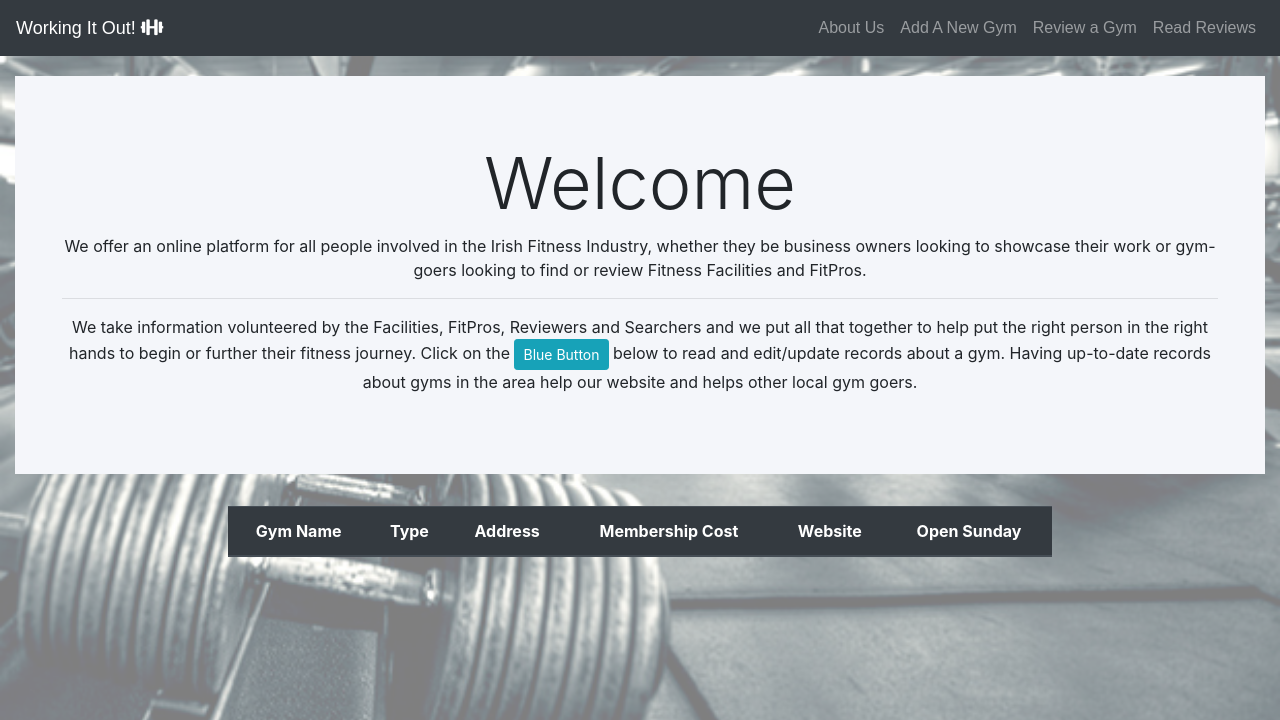
Repository: cgaynor91/Working_It_Out
Page: http://localhost/
The author's editor kept a record of every edit. The page is drawn from the files as they stood at one moment, then again after the next edit.
The browser window is 1280 px wide. The pictures show the whole page.
Some web libraries are served in a nearby version. The page is served by the project's application, run on Flask 3 (app.py). Queries for data that is not in the repository find no rows.

Above is the page before.

### templates/home.html
{% extends 'base.html'%} {% block content %}

<div class="container-fluid">
 <div class="row-welcome justify-content-center">
  <div class="col-12 jumbo-text">
   <div class="jumbotron">
    <h1 class="display-3">Welcome</h1>
    <p></b>We offer an online platform for all people involved in the Irish Fitness Industry, whether they be business owners looking to showcase their work or gym-goers looking to find or review Fitness Facilities and FitPros.</p>
    <hr>
    <p>We take information volunteered by the Facilities, FitPros, Reviewers and Searchers and we put all that together to help put the right person in the right hands to begin or further their fitness journey. Click on the <button type="button" class="btn btn-info btn-sm">Blue Button</button>     below to read and edit/update records about a gym. Having up-to-date records about gyms in the area help our website and helps other local gym goers.</p>
   </div>
  </div>
 </div>



 <!-- Table of gym Data -->

 <div class="row justify-content-center">
  <div class="col-12 col-md-8 table-responsive table-data">
   <table class="table table-hover">
    <thead class="thead-dark">
     <tr>
      <th scope="col">Gym Name</th>
      <th scope="col">Type</th>
      <th scope="col">Address</th>
      <th scope="col">Membership Cost</th>
      <th scope="col">Website</th>
      <th scope="col">Open Sunday</th>
     </tr>
    </thead>
    <tbody>

     {% for gym in gyms %}
     <tr>
      <td><a class="btn btn-info btn-sm" href="{{url_for('edit_gym', gym_id=gym._id)}}" role="button">{{gym.gym_name}}</a></td>
      <td>{{gym.gym_type}}</td>
      <td>{{gym.gym_address}}</td>
      <td>{{gym.cost}}</td>
      <td>{{gym.gym_url}}</td>
      <td>{{gym.open_sunday}}</td>
     </tr>
     {% endfor %}
    </tbody>
   </table>
</div>
</div>

  {% endblock %}

### templates/base.html
<!DOCTYPE html>
<html>

<head>
    <link rel="stylesheet" href="https://stackpath.bootstrapcdn.com/bootstrap/4.4.1/css/bootstrap.min.css">
    <link rel="stylesheet" href="https://cdnjs.cloudflare.com/ajax/libs/font-awesome/5.12.0/css/all.min.css" />
    <link rel="stylesheet" href="{{ url_for('static', filename='css/style.css') }}" type="text/css" />
    <title>Working It Out!</title>
</head>

<body>
    <header>
        <!-- Navbar taken from Bootstrap -->
        <nav class="navbar navbar-expand-md navbar-dark bg-dark home-logo-text">
            <a class="navbar-brand" href="{{url_for('get_gyms')}}">Working It Out! <i
                    class="fas fa-dumbbell"></i></a>
            <button class="navbar-toggler" type="button" data-toggle="collapse" data-target="#navbarNavAltMarkup" aria-controls="navbarNavAltMarkup" aria-expanded="false" aria-label="Toggle navigation">
                <span class="navbar-toggler-icon"></span>
            </button>
            <div class="collapse navbar-collapse" id="navbarNavAltMarkup">
                <div class="navbar-nav ml-auto">
                    <a class="nav-item nav-link" href="{{url_for('about')}}">About Us</a>
                    <a class="nav-item nav-link" href="{{url_for('add_new_gym')}}">Add A New Gym</a>
                    <a class="nav-item nav-link" href="{{url_for('gym_review')}}">Review a Gym</a>
                    <a class="nav-item nav-link" href="{{url_for('read_review')}}">Read Reviews</a>


                </div>
            </div>

        </nav>
    </header>

    <!-- Background image -->
    <div class="container-fluid bg"></div>


                {% block content %} {% endblock %}



    <script src="https://code.jquery.com/jquery-3.4.1.slim.min.js"></script>
    <script src="https://cdn.jsdelivr.net/npm/popper.js@1.16.0/dist/umd/popper.min.js"></script>
    <script src="https://stackpath.bootstrapcdn.com/bootstrap/4.4.1/js/bootstrap.min.js"></script>
</body>

</html>

### app.py
import os
from flask import Flask, render_template, redirect, request, url_for
from flask_pymongo import PyMongo
from bson.objectid import ObjectId

app = Flask(__name__)
app.config["MONGO_DBNAME"] = 'working_it_out'
app.config["MONGO_URI"] = os.getenv('MONGO_URI')

mongo = PyMongo(app)


@app.route('/')
@app.route('/get_gyms')
def get_gyms():
    return render_template("home.html", gyms=mongo.db.gyms.find())

@app.route("/about")
def about():
    return render_template("about.html")


@app.route("/add_new_gym")
def add_new_gym():
    return render_template("add_gym.html")

# Sends the data that the user inserts to the database

@app.route("/insert_gym", methods=['POST'])
def insert_gym():
    gym = mongo.db.gyms
    gym.insert_one(request.form.to_dict())
    return redirect(url_for('get_gyms'))


# Allows user to update information about a gym

@app.route("/edit_gym/<gym_id>")
def edit_gym(gym_id):
    the_gym = mongo.db.gyms.find_one({"_id": ObjectId(gym_id)})
    return render_template("update_gym.html", gym=the_gym)

@app.route("/update_gym/<gym_id>", methods=["POST"])
def update_gym(gym_id):
    gym = mongo.db.gyms
    gym.update({'_id': ObjectId(gym_id)}, {
        'gym_name' : request.form.get('gym_name'),
        'status' : request.form.get('gym_type'),
        'address' : request.form.get('gym_address'),
        'cost' : request.form.get('cost'),
        'gym_url' : request.form.get('gym_url')
    })
    return redirect(url_for('get_gyms'))

# Delete option for a user if they wish to delete a review they wrote or delete a review written by someone else that may be incorrect

@app.route("/delete_gym/<gym_id>")
def delete_gym(gym_id):
    mongo.db.gyms.remove({'_id': ObjectId(gym_id)})
    return redirect(url_for('get_gyms'))

@app.route("/leave_review")
def gym_review():
    return render_template("gym_review.html", gyms=mongo.db.gyms.find())

# Sends the data that the user inserts to the database

@app.route("/gym_review", methods=['POST'])
def insert_review():
    review = mongo.db.reviews
    review.insert_one(request.form.to_dict())
    return redirect(url_for('gym_review'))


@app.route("/read_review")
def read_review():
    return render_template("read_reviews.html", reviews=mongo.db.reviews.find())

if __name__ == '__main__':
    app.run(host=os.environ.get('IP'),
            port=int(os.environ.get('PORT')),
            debug=True)

### static/css/style.css
/* --All container-fluids to have center align-- */

.container-fluid {
    text-align: center;
}

/* --Review container-fluid to have left align-- */

.container-fluid_reviews {
    text-align: left;
}

.bg {
    background-image: url(../images/bg-image.png);
    background-size: cover;
    height: 100%;
    overflow: hidden;
    position: fixed;
    width: 100%;
    opacity: 0.5;
    z-index: -1;
}

.home-logo-text {
    font-family: 'Mansalva', cursive, sans-serif;
}

.navbar-brand {
    font-size: 18px;
}

.welcome-text {
    z-index: 1;
    position: relative;
    margin-top: 50px;
    font-family: 'Amatic SC', cursive, sans-serif;
}

.welcome-text p {
    font-size: 25px;
}

.button-text {
    font-family: Arial, Helvetica, sans-serif;
}

.row-form {
    margin-top: 25px;
}

.delete-record-advice {
    margin-top: 25px;
}

.form_font {
    font-family: Arial, Helvetica, sans-serif;
    font-size: 15px;
}

.jumbotron {
    background-color:rgba(236, 240, 241,0.1);
}

@media only screen and (max-width: 550px) {
    .table {
        font-size: 9px;
        font-weight: bold;
    }
    .btn-sm {
        font-size: 9px;

    }
    .table-data {
        padding-right: 1px;
        padding-left: 1px;
    }
}

/* --Easier read-ability, rows given white background-- */

.row-review {
    margin-top: 25px;
    background-color: rgba(245, 246, 250,1.0);
}

.row-welcome {
    margin-top: 20px;
    background-color: rgba(245, 246, 250,1.0);
}

.table {
    background-color: rgba(245, 246, 250,1.0);
}

.template-col {
    padding-right: 2px;
    padding-left: 2px;
}

After the next edit:
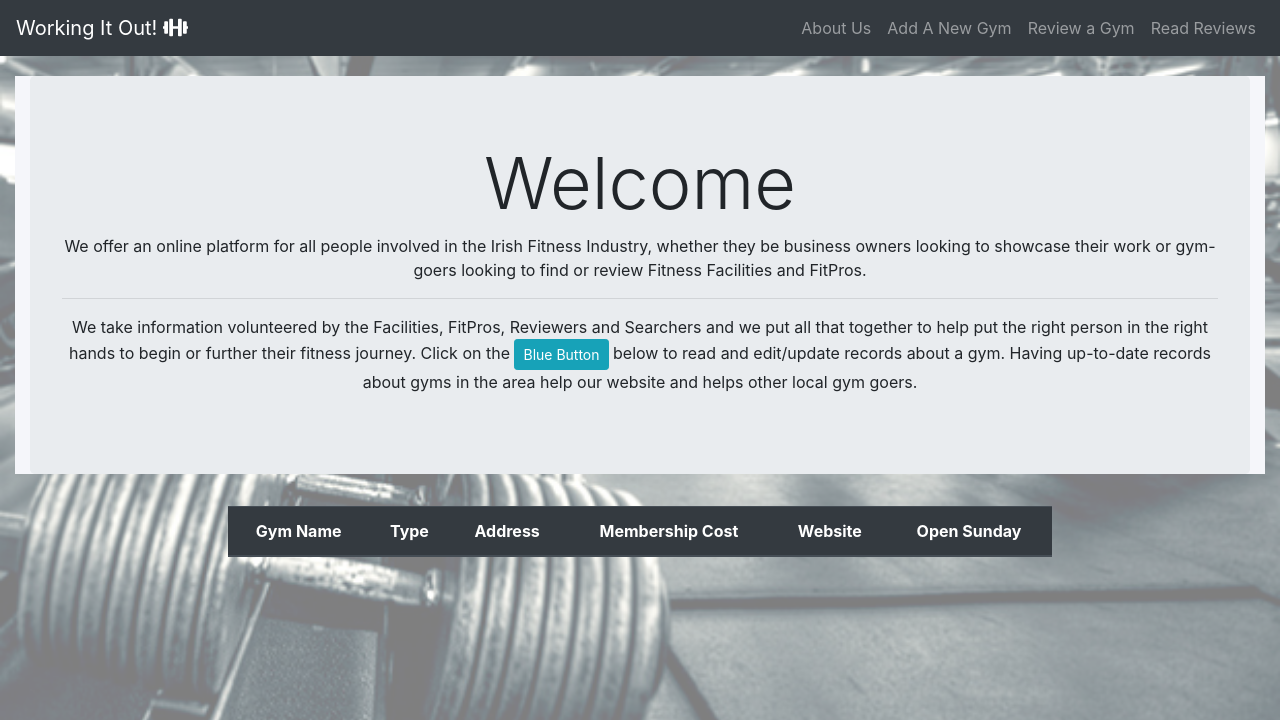
The edit:
--- a/static/css/style.css
+++ b/static/css/style.css
@@ -20,6 +20,9 @@
     opacity: 0.5;
     z-index: -1;
 }
+
+
+/*
 
 .home-logo-text {
     font-family: 'Mansalva', cursive, sans-serif;
